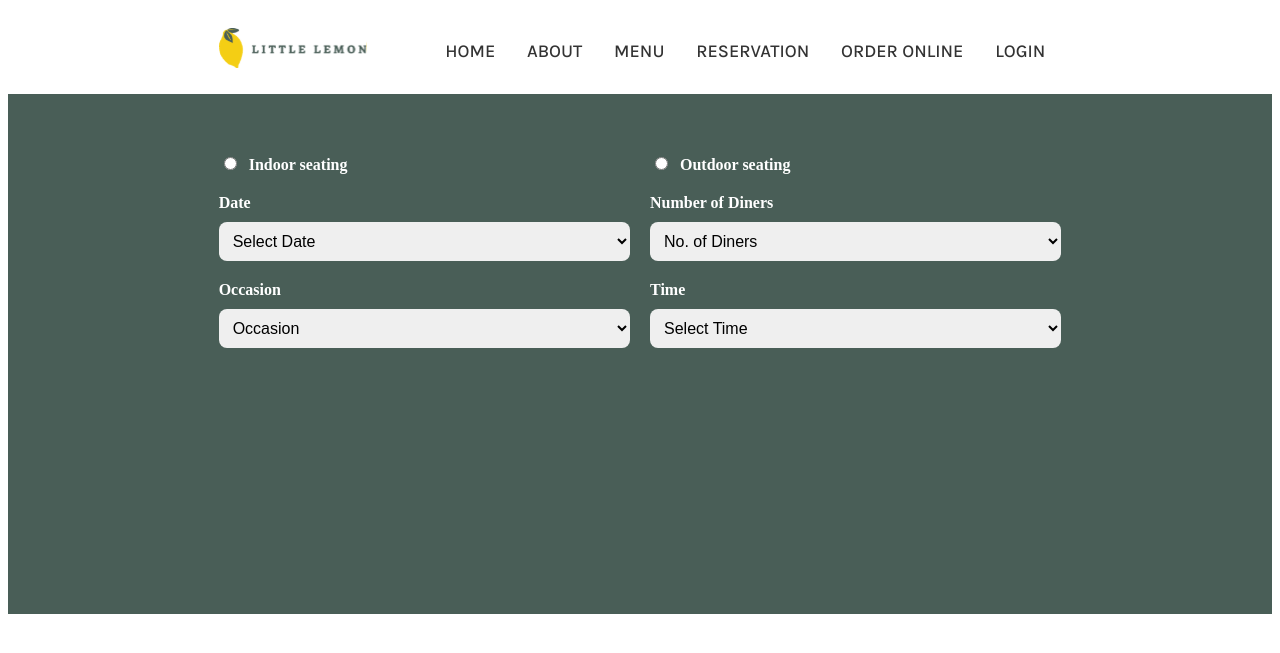
Repository: Yeshwanth-189/little-lemon
Page: /reservation (app in little-lemon/)
The author's editor kept a copy of each file at every save. The page is drawn from the files as they stood at one save, then again after the next save.
The browser window is 1280 px wide. The pictures show the whole page.
The project was rebuilt for these pictures with package versions that can differ from the ones it lists, and the page was loaded fresh each time. Also part of the build but not shown: little-lemon/src/index.css, little-lemon/src/components/Hero/Hero.css, little-lemon/src/components/Hero/Hero.jsx, little-lemon/src/components/Specials/Specials.css, little-lemon/src/components/Specials/Specials.jsx, little-lemon/src/components/Testimonials/Testimonials.css, little-lemon/src/components/Testimonials/Testimonials.jsx, little-lemon/src/components/About/About.css and 3 more.

Above is the page before, as saved 2025-04-26 22:24:58.

After the next save:
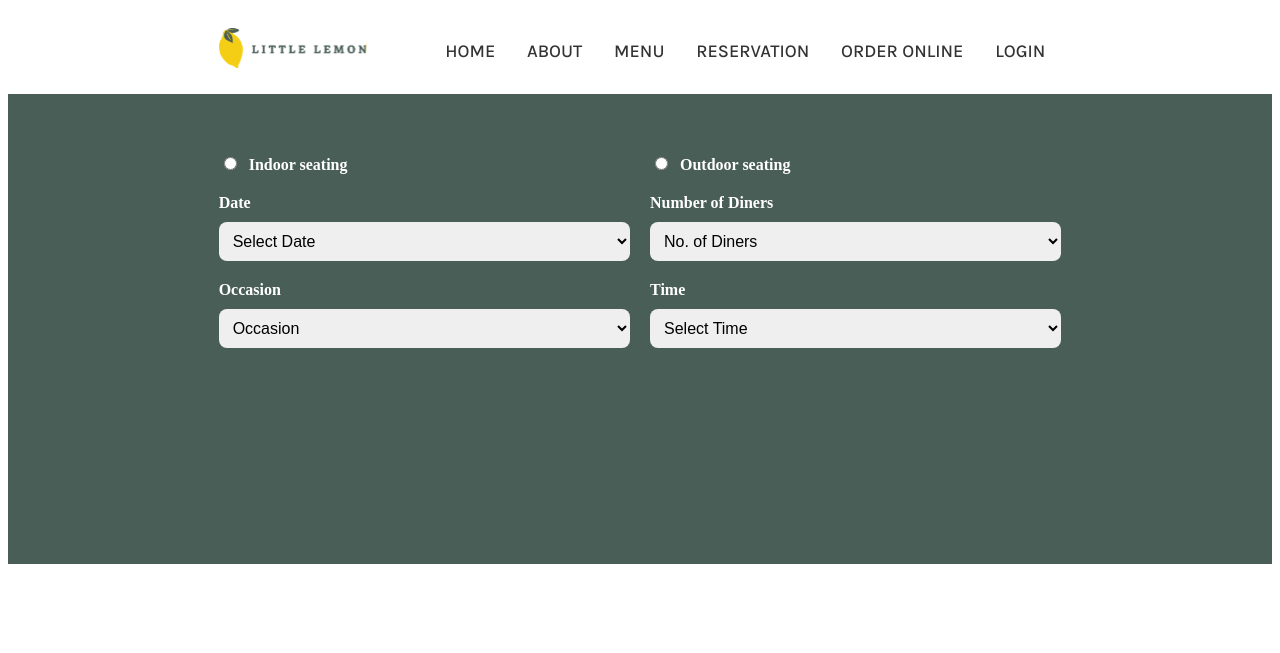
Saved 86 s later.
--- a/little-lemon/src/components/Reservation/Reservation.css
+++ b/little-lemon/src/components/Reservation/Reservation.css
@@ -4,7 +4,7 @@
   width: 100%;
   max-width: 1440px;
   margin: 0 auto;
-  min-height: 400px;
+  min-height: 350px;
   padding: 60px 0;
   background-color: #495e57; /* Background like your Figma */
   color: white;
